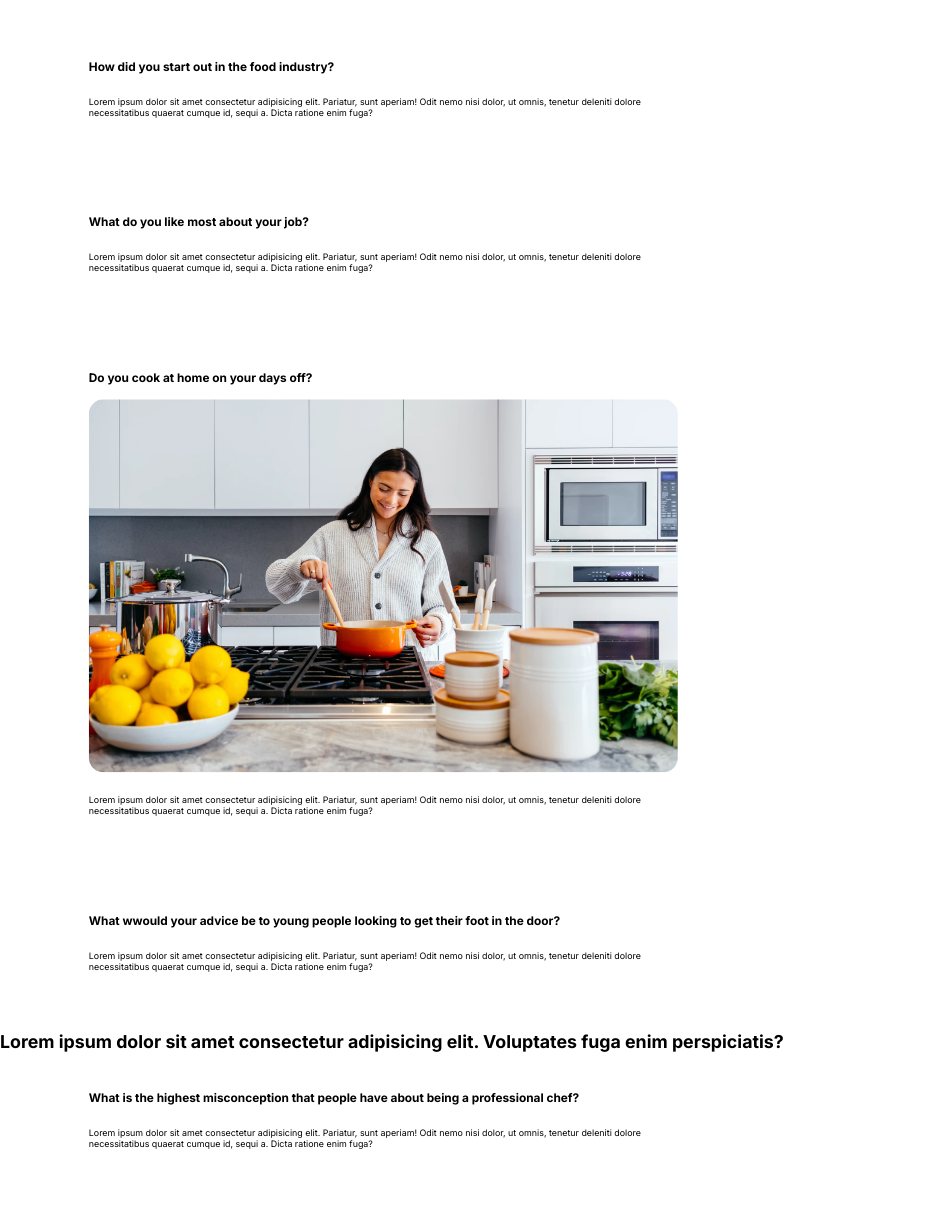
Repository: SolomonChinonso/Advanced-html-and-css-project
Page: blog.html
The author's editor kept a copy of each file at every save. The page is drawn from the files as they stood at one save, then again after the next save.
The browser window is 1280 px wide. The pictures show the part of the page from y = 1251 to 2904 px (the page is 2884 px tall before and 2904 px after), at 74% of full size.

Above is the page before, as saved 2026-04-19 01:33:13.

After the next save:
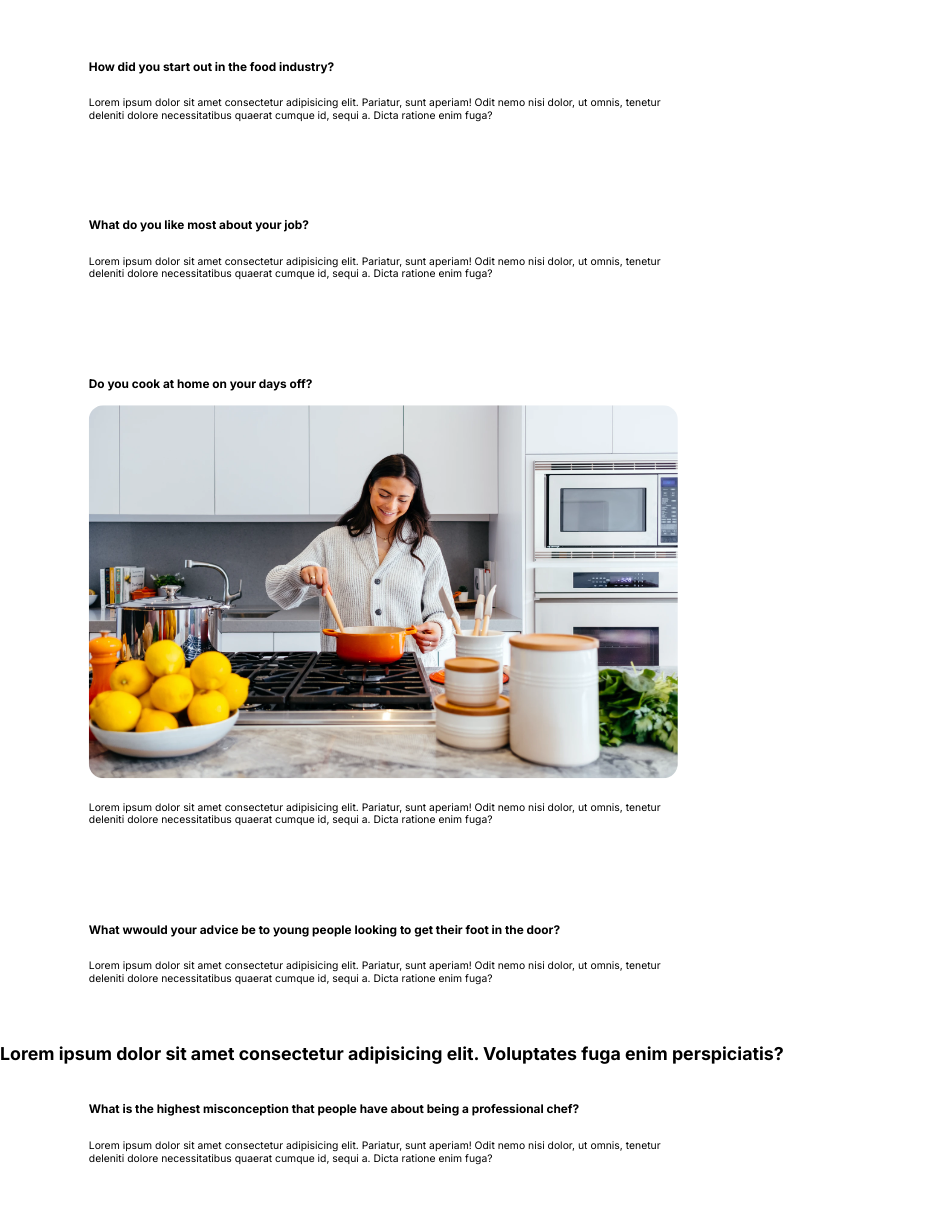
Saved 9 s later.
--- a/style.css
+++ b/style.css
@@ -751,5 +751,5 @@ footer p strong{
     padding: 30px 0;
 }
 .query p{
-    font-size: 12px;
-}
+    font-size: 14px;
+}
